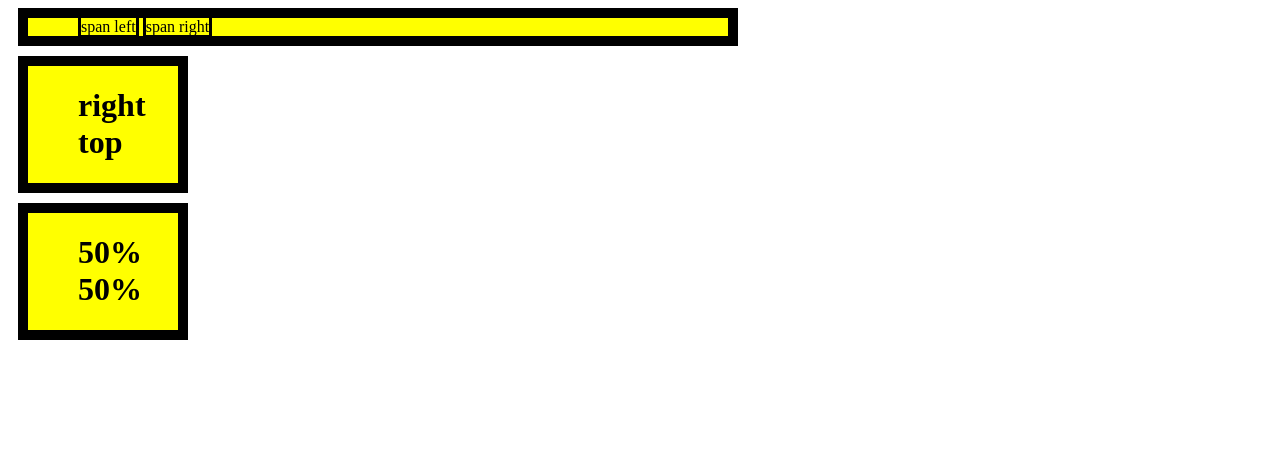
Repository: antonio63j/misNotas
Page: software/CSS/Demos/aptana_proyect/src/static-normal.html
The author's editor kept a copy of each file at every save. The page is drawn from the files as they stood at one save, then again after the next save.
The browser window is 1280 px wide. The pictures show the whole page.

Above is the page before, as saved 2017-04-23 15:53:33.

### software/CSS/Demos/aptana_proyect/src/static-normal.html
<!DOCTYPE html>
<html>
<head>
<style>


#caja0 {
  position:static;

  bottom:7px;
  width: 300px;
  padding-left:  50px;
  padding-right: 50px;
  margin-left:   10px;
  margin-right:  10px;
  border: 10px solid black;
  margin-bottom:10px;
  background-color:cian;
}


#caja1 {
  position:static;
  bottom:1px;
  left:20px;
  width: 600px;
  padding-left:  50px;
  padding-right: 50px;
  margin-left:   10px;
  margin-right:  10px;
  border: 10px solid black;
  margin-bottom:10px;
  background-color:yellow;
}

#caja2 {
  position:static;
  top:-110px;
  width: 50px;
  padding-left:  50px;
  padding-right: 50px;
  margin-left:   10px;
  margin-right:  10px;
  border: 10px solid black;
  margin-bottom:10px;
  background-color:yellow;
}

#caja1 span {
	  border: 3px solid black;
}

#caja3 {
  position:static;
  top:-110px;
  width: 50px;
  padding-left:  50px;
  padding-right: 50px;
  margin-left:   10px;
  margin-right:  10px;
  border: 10px solid black;
  margin-bottom:10px;
  background-color:yellow;
}


</style>
</head>



<body>

<div id="caja1"><span>span left</span> <span>span right</span></div>
<div id="caja2"><h1>right top</h1></div>
<div id="caja3"><h1>50% 50%</h1></div>

</body>
</html>

After the next save:
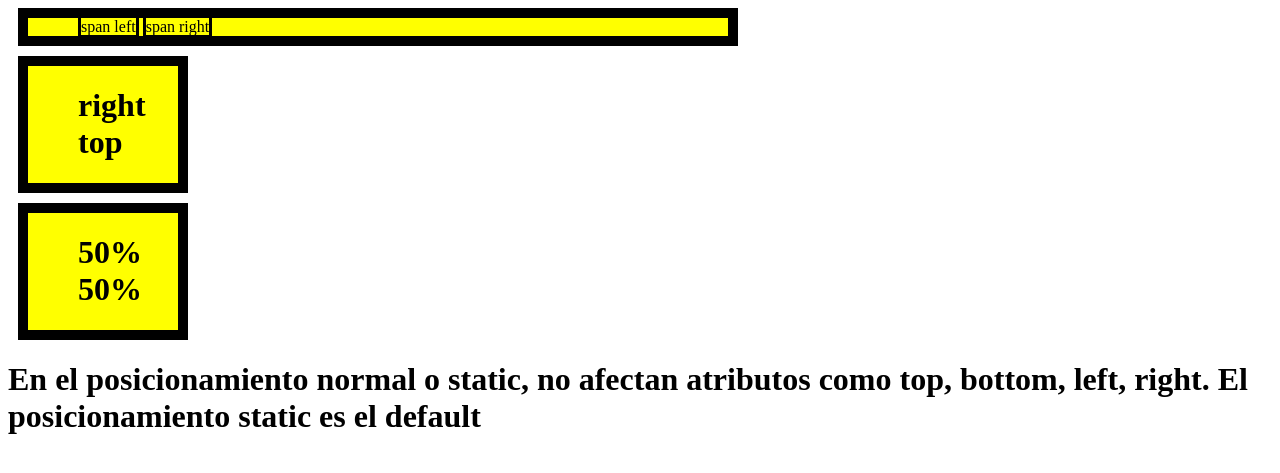
Saved 3 min 15 s later.
--- a/software/CSS/Demos/aptana_proyect/src/static-normal.html
+++ b/software/CSS/Demos/aptana_proyect/src/static-normal.html
@@ -75,5 +75,6 @@
 <div id="caja2"><h1>right top</h1></div>
 <div id="caja3"><h1>50% 50%</h1></div>
 
+<h1> En el posicionamiento normal o static, no afectan atributos como top, bottom, left, right. El posicionamiento static es el default</h1>
 </body>
 </html>
